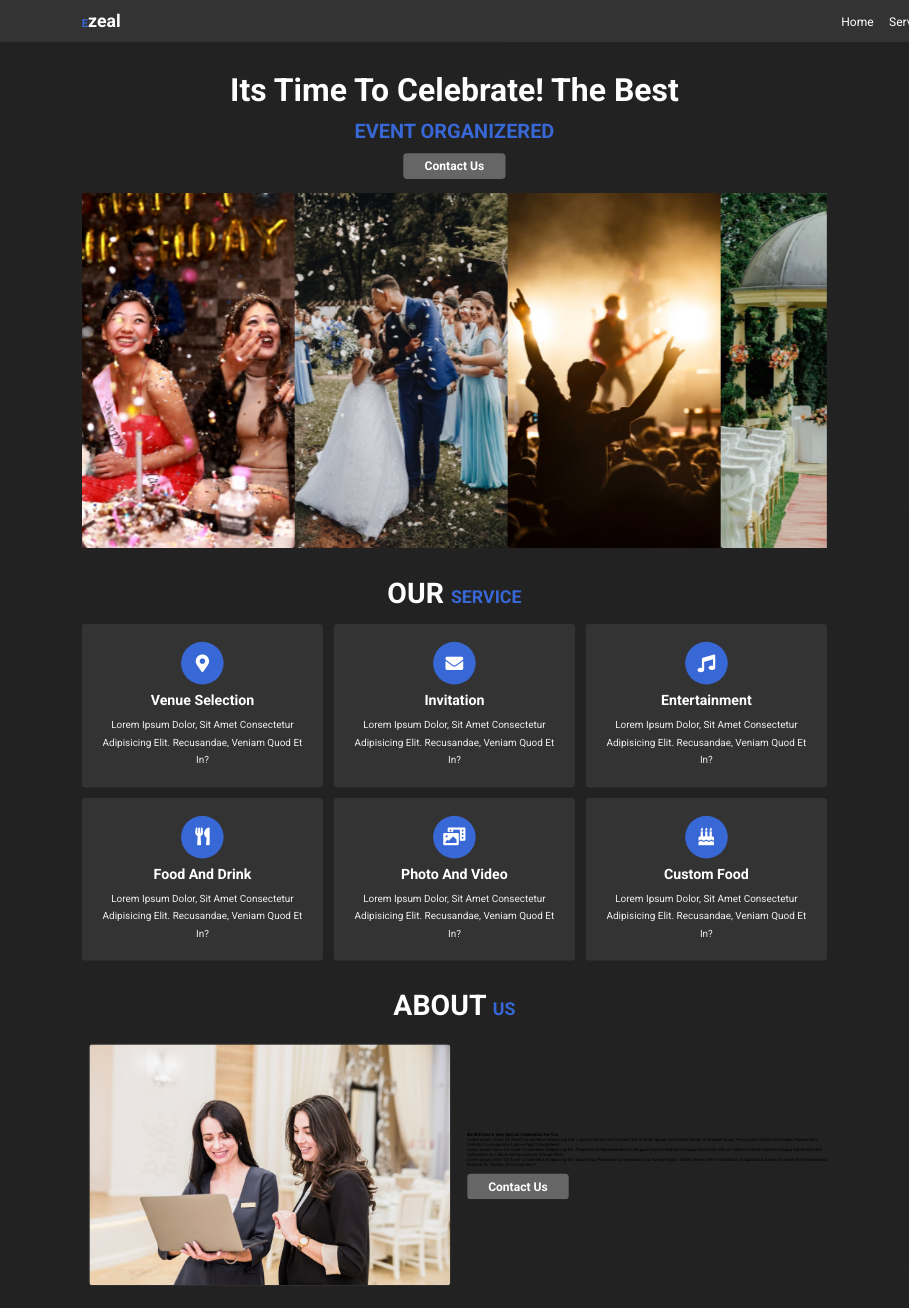
Repository: Jayce1607/First-clone
Page: html/index.html
An editor plug-in stored every save of this project. The page is shown before and after the next save, followed by the edit.
The browser window is 1280 px wide. The pictures show the whole page, at 71% of full size.

Above is the page before, as saved 2021-08-26 19:28:32.
Console error: ReferenceError: Swiper is not defined

### html/index.html
<!DOCTYPE html>
<html lang="en">
<head>
  <meta charset="UTF-8">
  <meta http-equiv="X-UA-Compatible" content="IE=edge">
  <meta name="viewport" content="width=device-width, initial-scale=1.0">
  <title>Event Organizer Website Design Using HTML - CSS - Javascript </title>
  <link rel="stylesheet" href="../css/reset.css">
  <link rel="stylesheet" href="../css/app.css">
  <link
  rel="stylesheet"
  href="https://unpkg.com/swiper@7/swiper-bundle.min.css"
/>
  <link rel="stylesheet" href="https://cdnjs.cloudflare.com/ajax/libs/font-awesome/5.15.4/css/all.min.css">
  <link rel="preconnect" href="https://fonts.googleapis.com">
<link rel="preconnect" href="https://fonts.gstatic.com" crossorigin>
<link href="https://fonts.googleapis.com/css2?family=Roboto:ital,wght@0,100;0,300;0,400;0,500;0,700;0,900;1,900&display=swap" rel="stylesheet">

</head>
<body>
  <!-- header start -->
  <header class="header">
    <a href="#" class="logo"><span>E</span>zeal</a>
    <nav class="navbar">
      <a href="#home">Home</a>
      <a href="#service">Service</a>
      <a href="#about">about</a>
      <a href="#galery">galery</a>
      <a href="#price">price</a>
      <a href="#contact">Contact</a>
    </nav>
    <div id="menu-bars" class="fa fa-bars"></div>
  </header>

  <!-- header end  -->
  <!-- home section start -->
  <section class="home" id="home">
    <div class="content">
      <h3>its time to celebrate! the best <span>event organizered</span></h3>
      <a href="#" class="btn">Contact Us</a>
    </div>
    <div class="swiper mySwiper home-slider ">
      <div class="swiper-wrapper wrapper">
        <div class="swiper-slide">
          <img src="../images/slide-1.jpg" alt="">
        </div>
        <div class="swiper-slide">
          <img src="../images/slide-2.jpg" alt="">
        </div>
        <div class="swiper-slide">
          <img src="../images/slide-3.jpg" alt="">
        </div>
        <div class="swiper-slide">
          <img src="../images/slide-4.jpg" alt="">
        </div>
        <div class="swiper-slide">
          <img src="../images/slide-5.jpg" alt="">
        </div>
      </div>
    </div>
  </section>
  <!-- home section end -->
<!-- service section start -->
  <section class="service" id="service">
    <h1 class="heading">Our <span>Service</span></h1>
    <div class="box-container">
      <div class="box">
        <i class="fas fa-map-marker-alt"></i>
        <h3>Venue selection </h3>
        <p>Lorem ipsum dolor, sit amet consectetur adipisicing elit. Recusandae, veniam quod et in?</p>
      </div>
      <div class="box">
        <i class="fas fa-envelope"></i>
        <h3>Invitation </h3>
        <p>Lorem ipsum dolor, sit amet consectetur adipisicing elit. Recusandae, veniam quod et in?</p>
      </div>
      <div class="box">
        <i class="fas fa-music"></i>
        <h3>Entertainment </h3>
        <p>Lorem ipsum dolor, sit amet consectetur adipisicing elit. Recusandae, veniam quod et in?</p>
      </div>
      <div class="box">
        <i class="fas fa-utensils"></i>
        <h3>Food and Drink</h3>
        <p>Lorem ipsum dolor, sit amet consectetur adipisicing elit. Recusandae, veniam quod et in?</p>
      </div>
      <div class="box">
        <i class="fas fa-photo-video"></i>
        <h3>Photo and Video</h3>
        <p>Lorem ipsum dolor, sit amet consectetur adipisicing elit. Recusandae, veniam quod et in?</p>
      </div>
      <div class="box">
        <i class="fas fa-birthday-cake"></i>
        <h3>Custom Food</h3>
        <p>Lorem ipsum dolor, sit amet consectetur adipisicing elit. Recusandae, veniam quod et in?</p>
      </div>
    </div>
  </section>
<!-- service section end -->
<!-- about section start -->
  <section class="about" id="about">
    <h1 class="heading">About <span>Us</span></h1>
    <div class="row">
      <div class="image">
        <img src="../images/about-img.jpg" alt="">
      </div>
      <div class="content">
        <h3>We will give a very special cebleration for you </h3>
        <p>Lorem ipsum, dolor sit amet consectetur adipisicing elit. Laborum nemo ad provident id? A, dolor ipsum. Architecto rerum at impedit quasi, perspiciatis ratione explicabo praesentium, veritatis consequuntur labore fugit voluptatem? </p>
        <p>Lorem ipsum dolor sit amet consectetur adipisicing elit. Praesentium reprehenderit ex aliquam facere, ratione cumque reiciendis officia? Ullam incidunt inventore itaque autem maxime quibusdam et, labore id dignissimos corrupti rem.</p>
        <p>Lorem ipsum dolor sit amet consectetur adipisicing elit. Ipsum eius possimus consequuntur, ea suscipit optio. Nobis, nemo omnis! Doloribus, voluptatibus autem dolorum sint assumenda eligendi. Ex tenetur ut veniam vero?</p>
        <a href="" class="btn">Contact Us</a>
      </div>
    </div>
  </section>

<!-- about section end -->

  <script src="../javascript/starter.js"></script>
  <script src="https://unpkg.com/swiper@7/swiper-bundle.min.js"></script>
</body>
</html>

### css/reset.css
:root{
  --main-color:#3867d6;

}
*{
  margin: 0;
  padding: 0;
  border: 0;
  font-size: 100%;
  text-decoration: none;
  text-transform: capitalize;
  transition: .2s linear;
  font-family: 'Roboto', sans-serif;

 }
html, body, div, span, applet, object, iframe,h1, h2, h3, h4, h5, h6, p{
  margin: 0;
  padding: 0;
  border: 0;
  font-size: 62.5%;
  font-family: 'Roboto', sans-serif;
  overflow-x: hidden;
  scroll-padding-top: 7rem;
  scroll-behavior: smooth;
}
html::-webkit-scrollbar{
  width: 1rem;
}
html::-webkit-scrollbar-track{
background: #444;
}
html::-webkit-scrollbar-thumb{
  background: var(--main-color);
  border-radius: 5rem;
}
body{
  background-color: #222;
}
ol, ul {
  list-style: none;
}
img{
  object-fit: cover;
  max-width: 100%;
  width: 100%;
}
section{
  padding: 2rem 9%;
}
.heading{
  text-align: center;
  padding-bottom: 2rem;
  color: #fff;
  text-transform: uppercase;
  font-size: 4rem;
}
.heading span{
  color: var(--main-color);
  text-transform: uppercase;
}

### css/app.css
.header {
  position: fixed;
  top: 0;
  left: 0;
  right: 0;
  z-index: 1000;
  background-color: #333;
  display: flex;justify-content: space-between;
  align-items: center;
  padding: 1.5rem 9%;
}
.header .logo{
  font-weight: bolder;
  font-size: 2.5rem;
  color: #fff;
}
.header .logo span{
  color:var(--main-color);
}
.header .navbar a{
  font-size: 1.7rem;
  color: #fff;
 margin-left: 2rem;
}
.header .navbar a:hover{
  color: var(--main-color);
}
#menu-bars{
  font-size: 3rem;
  color: #fff;
  cursor: pointer;
  display: none;
}
.btn{
  margin-top: 1rem;
  display: inline-block;
  padding: 0.8rem 3rem;
  font-size: 1.7rem;
  border-radius: .5rem;
  border: 0;
  background: #666;
  color: #fff;
  cursor: pointer;
  font-weight: 600;
}
.btn:hover{
  background-color: var(--main-color);
}
/* home section */
.home{
 /* margin-top: 6rem; */

}
.home .content {
  text-align: center;
  padding-top: 6rem;
  margin: 2rem auto;
  max-width: 70rem;
}
.home .content h3{
  font-size: 4.5rem;
  text-align: center;
  color: #fff;
}
.home .content h3 span{
  color: var(--main-color);
  text-transform: uppercase;
}
.home .home-slider .swiper-slide{
  overflow: hidden;
  border-radius: .5rem;
  height: 50rem;
  width: 30rem;
}
.home .home-slider .swiper-slide img{
  width: 100%;
  height: 100%;
  object-fit: cover;
}
/* services */
.service .box-container{
  display: grid;
  grid-template-columns: repeat(auto-fit,minmax(27rem,1fr));
  grid-gap: 1.5rem;
}
.service .box-container .box{
  border-radius: .5rem;
  background-color: #333;
  text-align: center;
  padding: 2.5rem;
}
.service .box-container .box i{
  height: 6rem;
  width: 6rem;
  line-height: 6rem;
  border-radius: 50%;
  font-size: 2.5rem;
  color: #fff;
  background: var(--main-color);
}
.service .box-container .box h3{
  font-size: 2rem;
  color: #fff;
  padding: 1rem 0;
}
.service .box-container .box p{
  font-size: 1.4rem;
  color: #eee;
 line-height: 1.8;
}
/* about */
.about .row{
  display: flex;
  align-items: center;
  flex-wrap: wrap;
  gap: 1.5rem;

}
.about .row .image{
  flex:  1 1 45rem;
  padding: 1rem;
}
.about .row .image img{
  width: 100%;
  border: 1px solid #333;
  border-radius: .5rem;
}
.about .row .content{
  flex:  1 1 45rem;

}


























/* media queries */
@media (max-width:991px){
  html{
    font-size: 55%;
  }
  .header{
    padding: 1.5rem 2rem;
  }
  section{
    padding: 2rem;
  }

}
@media (max-width:767px){
  .header #menu-bars{
    display: initial;
  }
  .header .navbar{
    position: absolute;
    top: 100%;
    right: 0;
    bottom: 0;
    left: 0;
    border-top: .1px solid #222;
    background-color: #333;
    transform: translateX(100%);
    opacity: 0;
    transition: opacity .5s linear;
  }
  .header .navbar.active{
    transform: translateX(0);
    opacity: 1;
  }
  .fa-times{
    transform: rotate(180deg);
  }
  .header .navbar a{
    display: flex;

    padding: 1.3rem;
    border-radius: .5rem;
    margin: 1.3rem;
    font-size: 1.5rem;
    background:#444;

  }
  .home .content h3{
    font-size: 4rem;
  }
}
@media (max-width:450px){
  html{
    font-size: 50%;
  }
  .home .home-slider .swiper-slide{
    width: 27rem;
  }


}

### javascript/starter.js
const menu=document.querySelector("#menu-bars");
let navbar=document.querySelector(".navbar");
// menu.addEventListener("click",function(e){
//   navbar.style. clipPath="";
// })
menu.addEventListener("click",function(e){
  e.target.classList.toggle("fa-times");
  navbar.classList.toggle("active")
})

window.onscroll=()=>{
  menu.classList.remove("fa-times")
  navbar.classList.remove("active")

}


// slider
var swiper = new Swiper(".home-slider", {
  effect: "coverflow",
  grabCursor: true,
  centeredSlides: true,
  slidesPerView: "auto",
  coverflowEffect: {
    rotate: 0,
    stretch: 0,
    depth: 100,
    modifier: 2,
    slideShadows: true,
  },
  loop:true,
  autoplay:{
    delay:3000,
    disableOnInteraction:false,
  }
});
// end Slider

After the next save:
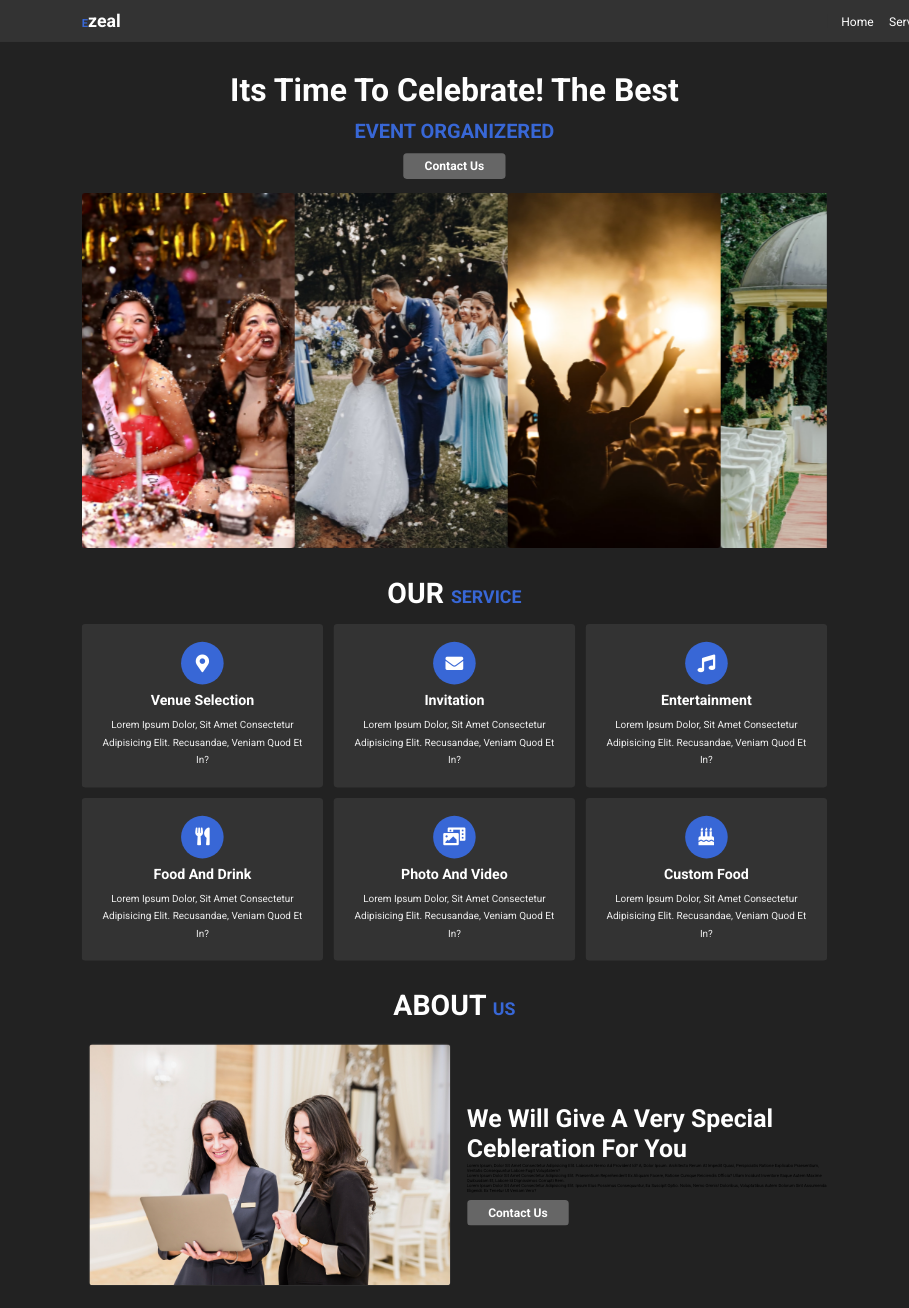
Saved 28 s later.
--- a/css/app.css
+++ b/css/app.css
@@ -128,6 +128,10 @@
 .about .row .content{
   flex:  1 1 45rem;
 
+}
+.about .row .content h3{
+  font-size: 3.5rem;
+  color: #fff;
 }
 
 
